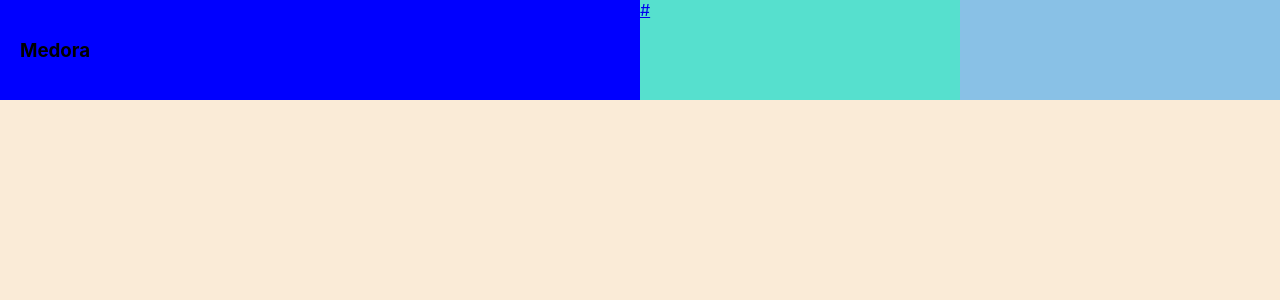
Repository: SbuKhoza/medora
Page: /
The author's editor kept a copy of each file at every save. The page is drawn from the files as they stood at one save, then again after a run of saves.
The browser window is 1280 px wide. The pictures show the whole page.
The project was rebuilt for these pictures with package versions that can differ from the ones it lists, and the page was loaded fresh each time.

Above is the page before, as saved 2024-07-09 13:46:40.

### src/App.js

import './App.css';

function App() {
  return (

   <div className='container'>


    <div className='navleft'>

      <div className='icondiv'>
      <h3 className='icon'>Medora</h3>
      </div>


    </div>

    <div className='navcenter'>
      <a href='About us'>#</a>

    </div>

    <div className='navright'>

    </div>

  </div>
  );
}

export default App;

### src/App.css
body {
  background-color: antiquewhite;
}

.container {
  display: flex;
  height: 100vh;
}

.navleft {
  display: flex;
  width: 50%;
  height:100px;
  background-color: blue;
}

.navcenter {
  display: flex;
  width: 25%;
  height:100px;
  background-color: rgb(86, 224, 206);
}

.navright {
  display: flex;
  width: 25%;
  height:100px;
  background-color: rgb(137, 193, 230);
}

.icondiv {
  width: 40px;
  height: 40px;
  margin: 20px;

}

Loaded but not shown: public/index.html (common file); src/index.js (common file); src/index.css (common file); src/reportWebVitals.js (common file)

After the next 4 saves:
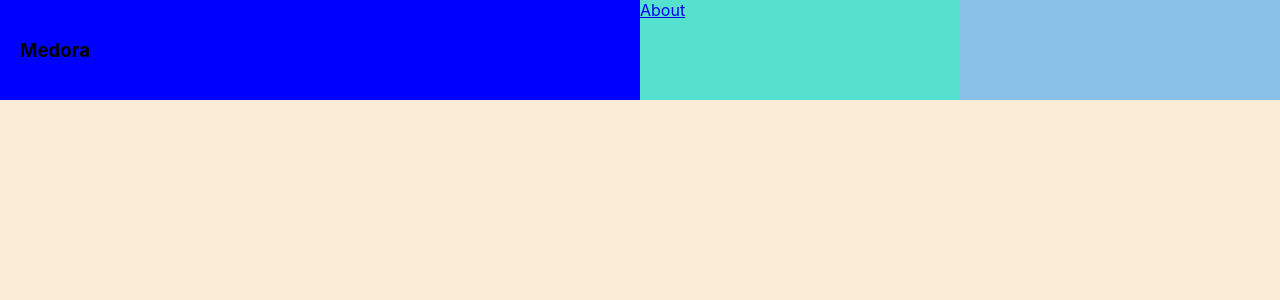
The 4 saves are shown as one change because they came seconds apart.
The last was saved 10 s later.
--- a/src/App.js
+++ b/src/App.js
@@ -17,7 +17,7 @@ function App() {
     </div>
 
     <div className='navcenter'>
-      <a href='About us'>#</a>
+      <a href='About us'>About</a>
 
     </div>
 
